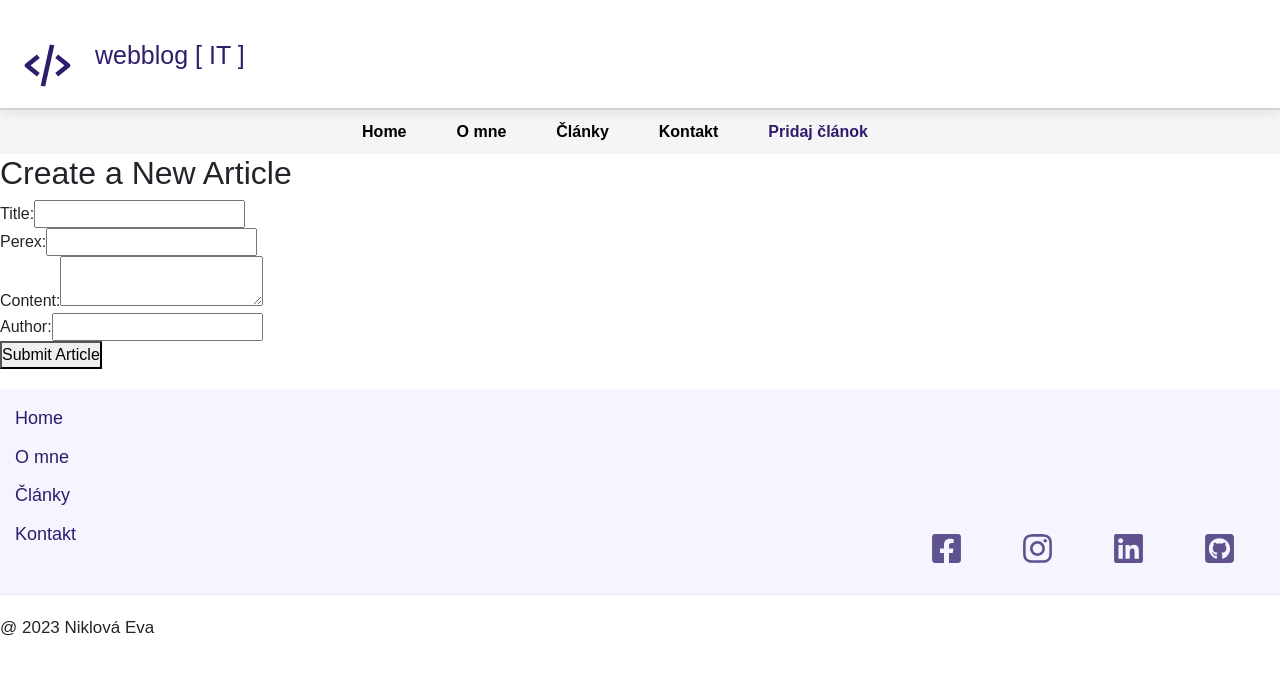
Repository: eniklova/github-bl
Page: /newarticel
These files come from the project's save history. The page is drawn as it stood at one moment and after a run of saves; the edit follows.
The browser window is 1280 px wide. The pictures show the whole page.
Some web fonts or font styles are not loaded; a fallback is used. The project was rebuilt for these pictures with package versions that can differ from the ones it lists, and the page was loaded fresh each time. Also part of the build but not shown: src/components/ArticleList.js, src/components/HeroSlider.css, src/components/HeroSlider.js, src/pages/Home.js, src/pages/Aboutme.js, src/pages/Articles.js, src/pages/Kontakt.js, src/pages/Error.js.

Above is the page before, as saved 2023-10-19 09:55:23.

After the next 2 saves:
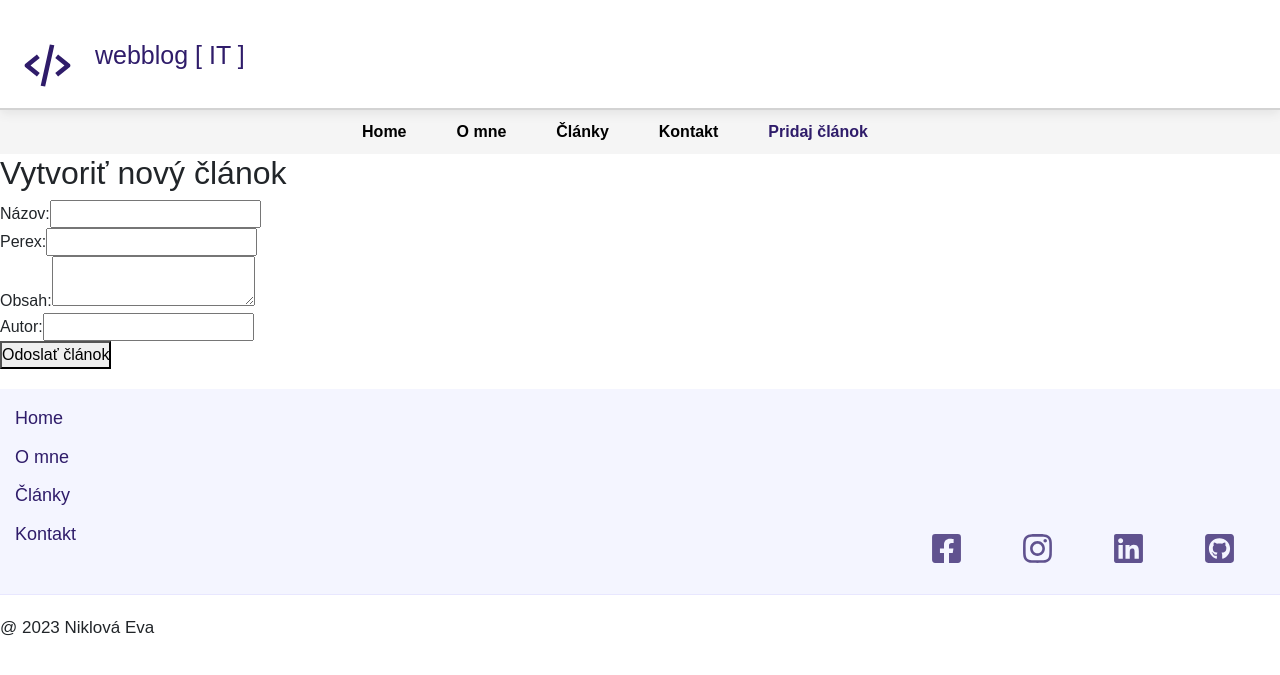
The 2 saves are shown as one change because 1 did not build or start.
The last was saved 57 s later.
--- a/src/components/ArticleForm.js
+++ b/src/components/ArticleForm.js
@@ -24,30 +24,30 @@ function ArticleForm() {
   const handleSubmit = async (e) => {
     e.preventDefault();
 
-    console.log("Data from the form:", formData);
+    console.log("Dáta z formulára:", formData);
 
     try {
       const createdArticle = await createArticle(formData);
-      setSubmitMessage("Article has been successfully submitted!");
+      setSubmitMessage("Článok bol úspešne odoslaný!");
       setIsSubmitted(true);
       setFormData({ ...initialFormData });
 
-      // Now you can sync the article with specific categories
+      // Teraz môžete synchronizovať článok s konkrétnymi kategóriami
       const articleId = createdArticle.id;
-      const categoryIds = [1, 2, 3]; // Change this according to your needs
+      const categoryIds = [1, 2, 3];  // Zmeňte podľa vašich potrieb
       await syncArticleWithCategories(articleId, categoryIds);
     } catch (error) {
-      console.error("Error creating the article:", error);
-      setSubmitMessage("Error submitting the article");
+      console.error("Chyba pri vytváraní článku:", error);
+      setSubmitMessage("Chyba pri odosielaní článku");
     }
   }
 
   return (
     <div>
-      <h2>Create a New Article</h2>
+      <h2>Vytvoriť nový článok</h2>
       <form onSubmit={handleSubmit}>
         <div>
-          <label htmlFor="title">Title:</label>
+          <label htmlFor="title">Názov:</label>
           <input
             type="text"
             id="title"
@@ -67,7 +67,7 @@ function ArticleForm() {
           />
         </div>
         <div>
-          <label htmlFor="content">Content:</label>
+          <label htmlFor="content">Obsah:</label>
           <textarea
             id="content"
             name="content"
@@ -76,7 +76,7 @@ function ArticleForm() {
           />
         </div>
         <div>
-          <label htmlFor="author">Author:</label>
+          <label htmlFor="author">Autor:</label>
           <input
             type="text"
             id="author"
@@ -87,7 +87,7 @@ function ArticleForm() {
         </div>
 
         {isSubmitted ? null : (
-          <button type="submit">Submit Article</button>
+          <button type="submit">Odoslať článok</button>
         )}
       </form>
 
